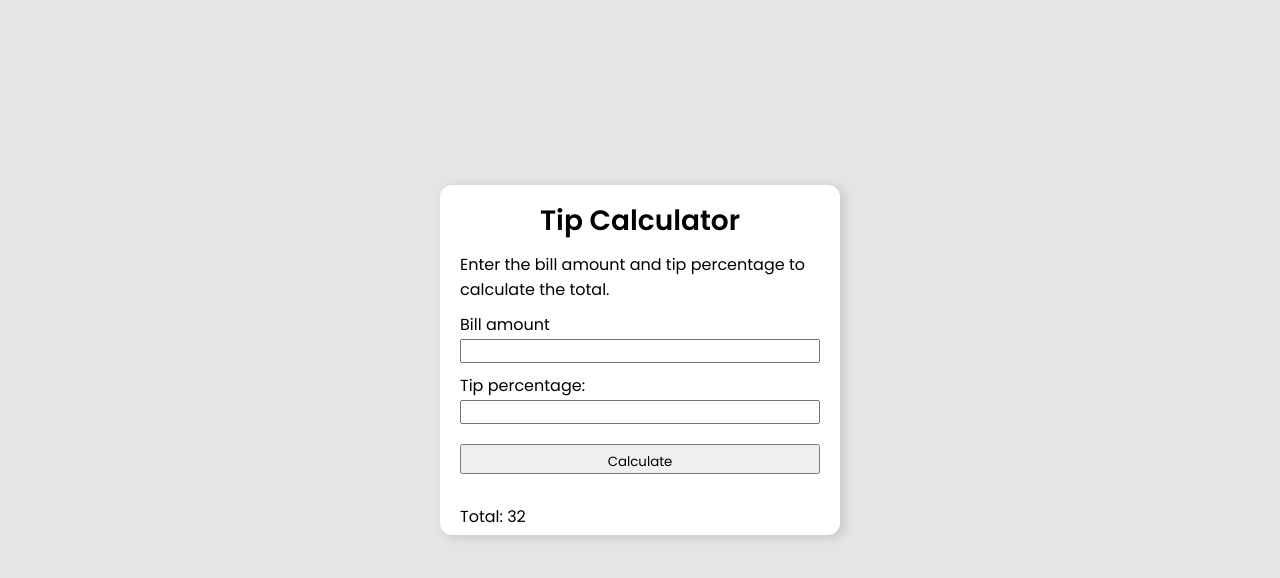
Repository: Ankitkr2021/Tip-Calculator
Page: index.html
These files come from the project's save history. The page is drawn as it stood at one moment and after the next save; the edit follows.
The browser window is 1280 px wide. The pictures show the whole page.

Above is the page before, as saved 2025-10-27 10:55:54.

After the next save:
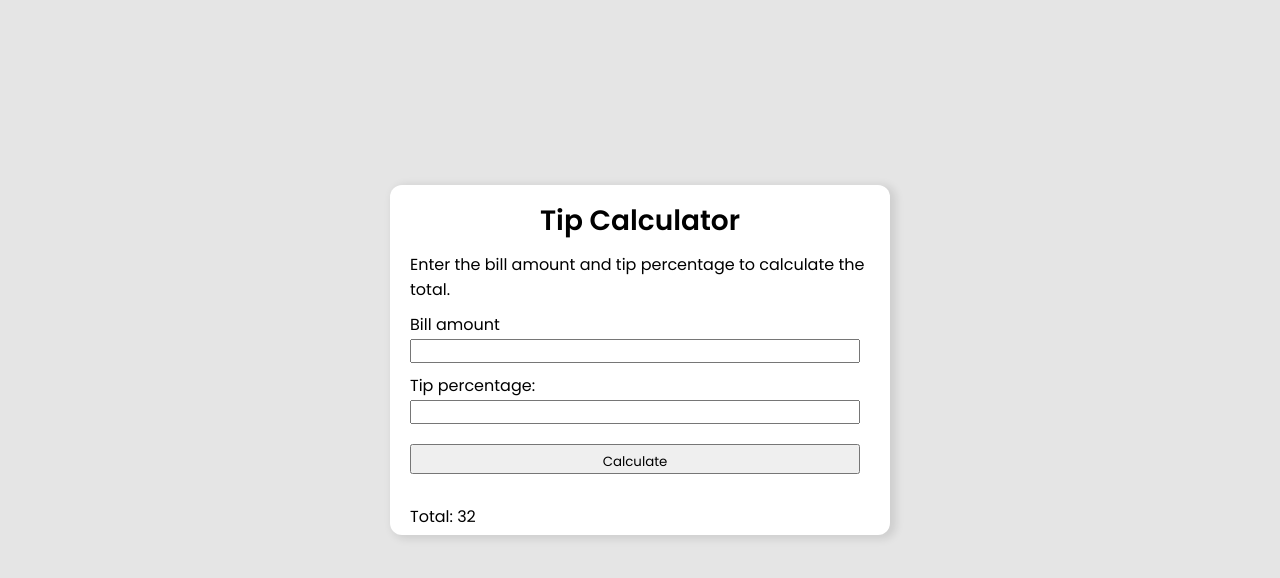
Saved 5 s later.
--- a/style.css
+++ b/style.css
@@ -19,7 +19,7 @@ body {
 .box {
     background: #fff;
     height: 350px;
-    width: 400px;
+    width: 500px;
     box-shadow: 4px 2px 8px 2px rgba(0,0,0,0.1);
     border-radius: 12px;
 }
